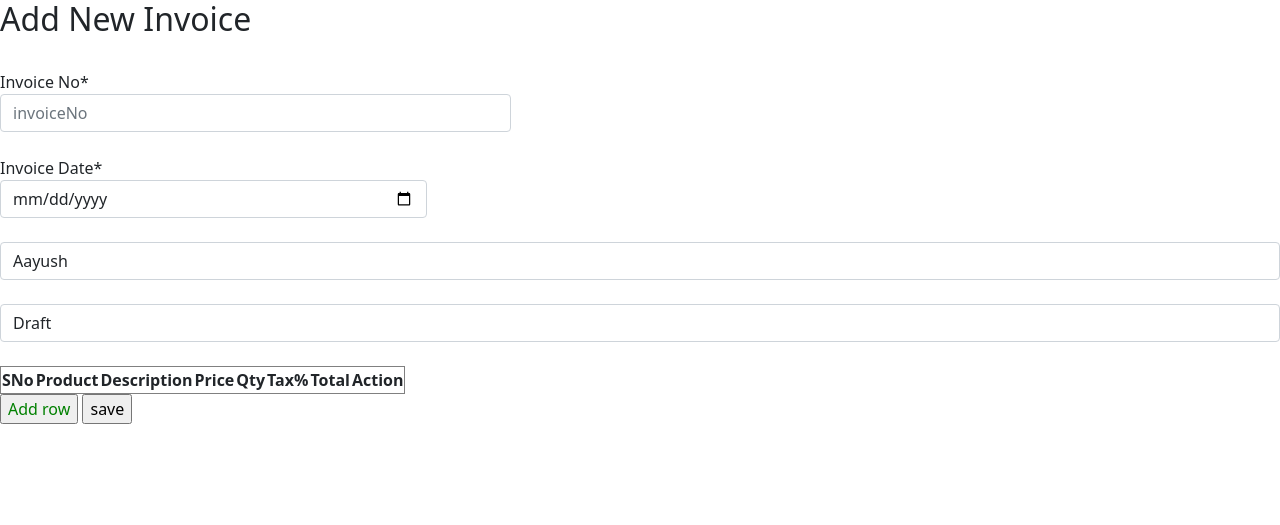
Repository: Aayush13013/Invoice_Management_app
Page: http://localhost/invoiceInfo/WEB-INF/jsp/new_invoiceInfo.jsp
An editor plug-in stored every save of this project. The page is shown before and after the next save, followed by the edit.
The browser window is 1280 px wide. The pictures show the whole page.
The page is served by Tomcat 9. Nobody is signed in. The template is opened directly, without the code that normally fills it, so the values that code supplies are empty.

Above is the page before, as saved 2021-12-27 16:01:05.

After the next save:
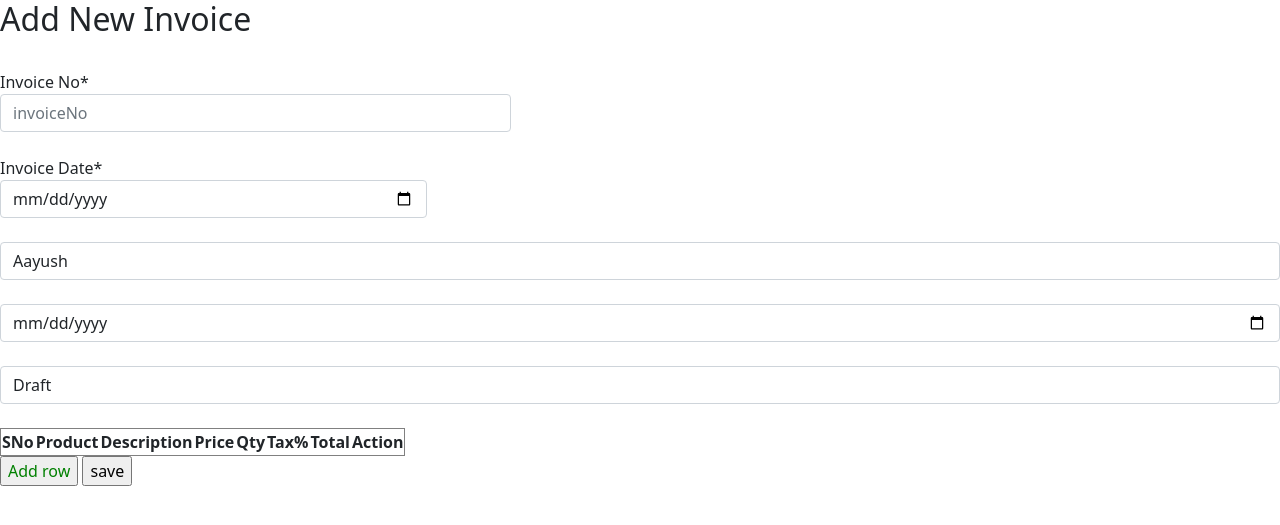
Saved 4 s later.
--- a/invoiceInfo/invoiceInfo/src/main/webapp/WEB-INF/jsp/new_invoiceInfo.jsp
+++ b/invoiceInfo/invoiceInfo/src/main/webapp/WEB-INF/jsp/new_invoiceInfo.jsp
@@ -115,7 +115,10 @@
 			</form:select>
 
 
-			<div></div>
+			<div>
+				<form:input type="date" path="dueDate" placeholder="dueDate"
+			class="form-control mb-4 col-4" />
+			</div>
 		</div>
 		<form:select path="status" class="form-control mb-4 col-4">
 			<optgroup label="Select_Status">
